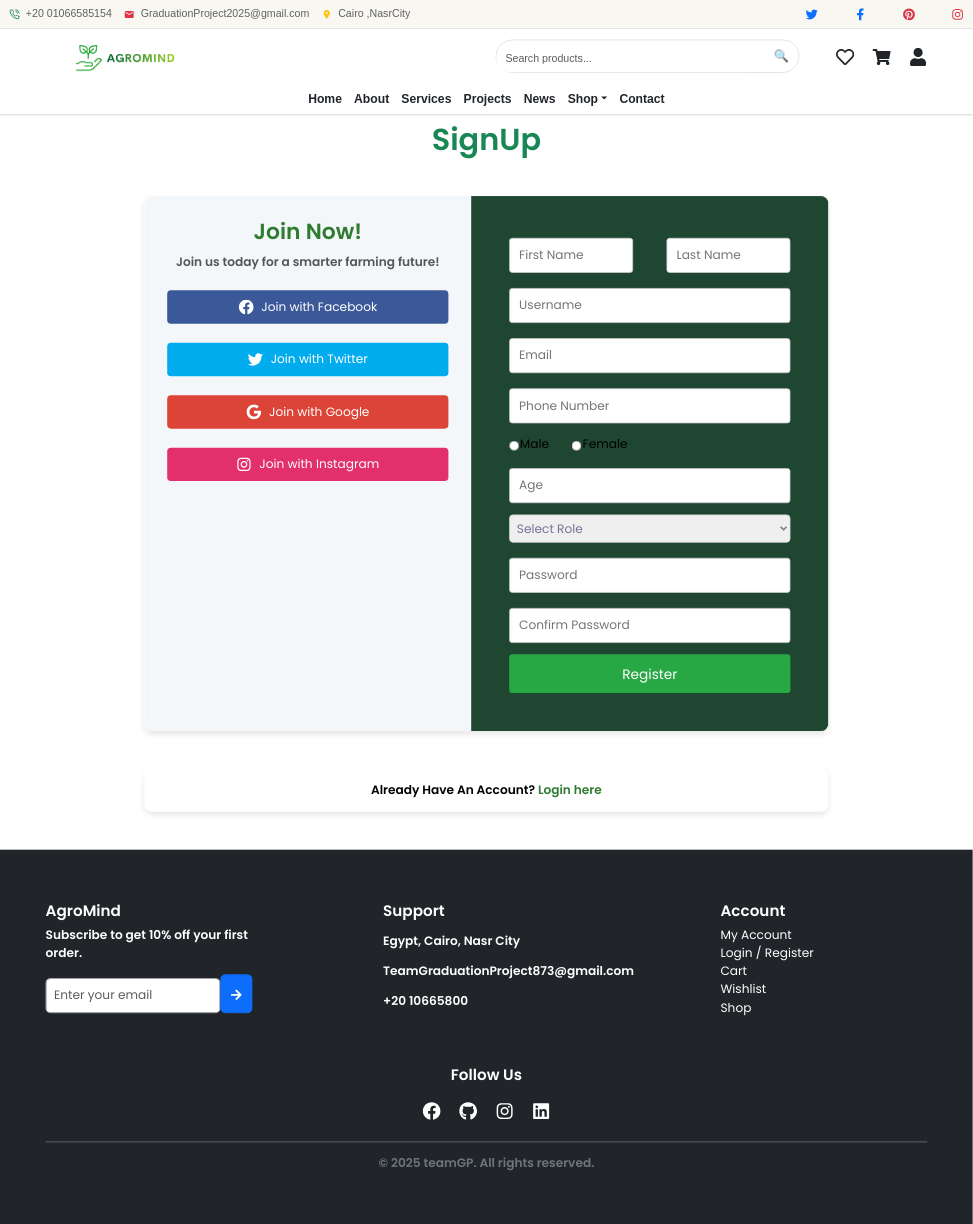
Repository: ShimaaMohamedRoshdi/WorkSpace-agromind
Page: /signup (app in agricultural-management-system-vs/agricultural-management-system-main/)
An editor plug-in stored every save of this project. The page is shown before and after a run of saves, followed by the edit.
The browser window is 1280 px wide. The pictures show the whole page, at 76% of full size.
The project was rebuilt for these pictures with package versions that can differ from the ones it lists, and the page was loaded fresh each time. Also part of the build but not shown: agricultural-management-system-vs/agricultural-management-system-main/vite.config.js, agricultural-management-system-vs/agricultural-management-system-main/src/pages/SignIn.jsx, agricultural-management-system-vs/agricultural-management-system-main/src/components/HealthyFoods.css, agricultural-management-system-vs/agricultural-management-system-main/src/components/HealthyFoods.jsx, agricultural-management-system-vs/agricultural-management-system-main/src/components/ProductCard.jsx, agricultural-management-system-vs/agricultural-management-system-main/src/components/Products.jsx, agricultural-management-system-vs/agricultural-management-system-main/src/components/AgricultureSkill.jsx, agricultural-management-system-vs/agricultural-management-system-main/src/components/HeroSection.jsx and 39 more.

Above is the page before, as saved 2025-05-01 04:36:04.

After the next 4 saves:
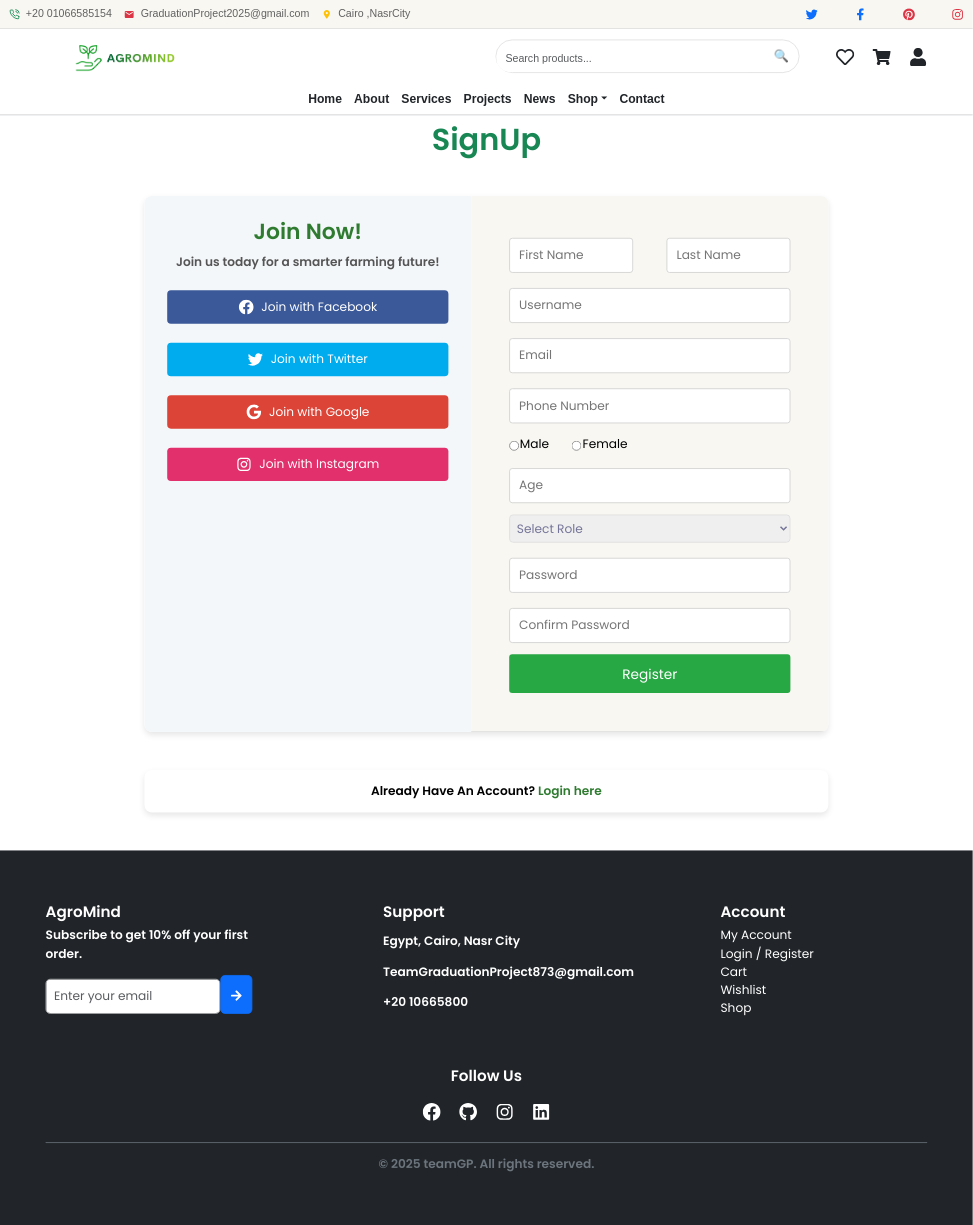
The 4 saves are shown as one change because they came seconds apart.
The last was saved 31 s later.
--- a/agricultural-management-system-vs/agricultural-management-system-main/src/pages/SignUp.jsx
+++ b/agricultural-management-system-vs/agricultural-management-system-main/src/pages/SignUp.jsx
@@ -167,7 +167,7 @@
           </div>
         </div>
 
-        <div className="right-section">
+        <div className="right-section bg-light">
           {/* <h1>Register</h1> */}
           <Formik
             initialValues={{

After the save that followed:
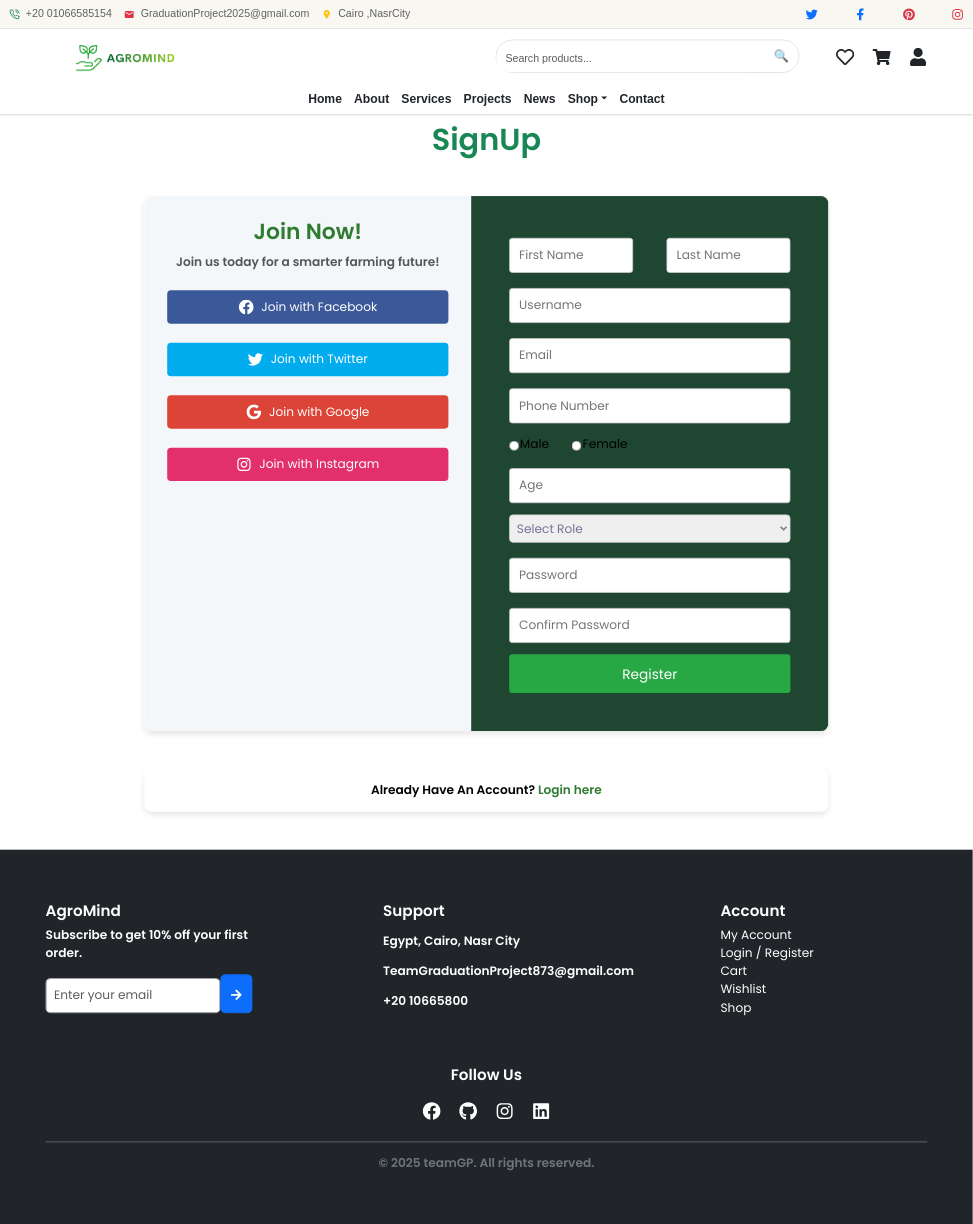
Saved 12 s later.
--- a/agricultural-management-system-vs/agricultural-management-system-main/src/pages/SignUp.jsx
+++ b/agricultural-management-system-vs/agricultural-management-system-main/src/pages/SignUp.jsx
@@ -167,7 +167,7 @@
           </div>
         </div>
 
-        <div className="right-section bg-light">
+        <div className="right-section bggg">
           {/* <h1>Register</h1> */}
           <Formik
             initialValues={{
